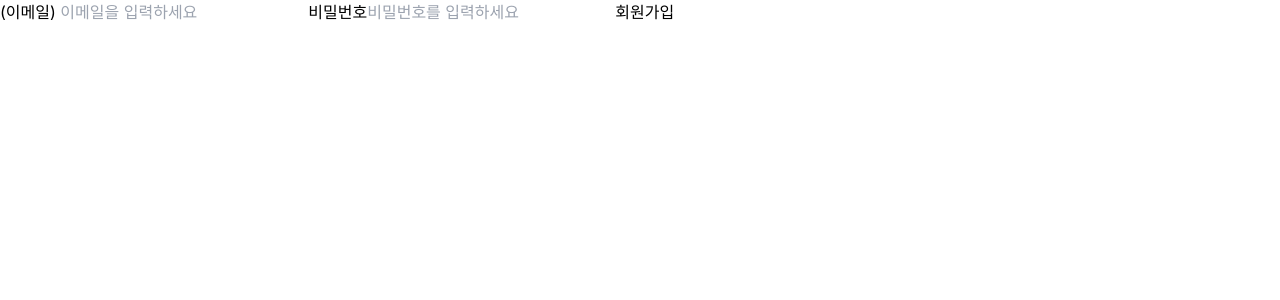
Repository: Hwang-uihyuk/wanted-pre-onboarding-frontend
Page: /signin
The author's editor kept a copy of each file at every save. The page is drawn from the files as they stood at one save, then again after the next save.
The browser window is 1280 px wide. The pictures show the whole page.
The project was rebuilt for these pictures with package versions that can differ from the ones it lists, and the page was loaded fresh each time. Also part of the build but not shown: src/App.css, src/pages/Home.jsx, src/pages/SignUp.jsx, src/pages/NotFound.jsx, src/pages/Todo.jsx.

Above is the page before, as saved 2023-02-07 09:59:02.

### src/index.js
import React from 'react';
import ReactDOM from 'react-dom/client';
import './index.css';
import App from './App';
import reportWebVitals from './reportWebVitals';
import { createBrowserRouter,RouterProvider } from 'react-router-dom';
import Home from './pages/Home';
import SignIn from './pages/SignIn';
import SignUp from './pages/SignUp';
import NotFound from './pages/NotFound';
import Todo from './pages/Todo';



const router = createBrowserRouter([
  {
    path:'/',
    element:<App/>,
    errorElement:<NotFound/>,
    children:[
      {
        index:true,
        path:'/',
        element :<Home/>
      },

      {
        path:'/signup',
        element:<SignUp/>
      },

      {
        path:'/signin',
        element:<SignIn/>
      },

      {
        path:'/todo',
        element:<Todo/>
      },


    ]
  }
])
const root = ReactDOM.createRoot(document.getElementById('root'));
root.render(
  <React.StrictMode>
    <RouterProvider router ={router} />
  </React.StrictMode>
);

// If you want to start measuring performance in your app, pass a function
// to log results (for example: reportWebVitals(console.log))
// or send to an analytics endpoint. Learn more: https://bit.ly/CRA-vitals
reportWebVitals();

### src/App.js
import logo from './logo.svg';
import './App.css';
import SignIn from './pages/SignIn';
import { Outlet } from 'react-router';

function App() {
  return (
    <div>
      <Outlet/>
    </div>

  );
}

export default App;

### src/pages/SignIn.jsx
import React from 'react'

export default function SignIn() {
  return (
    <div className=''>
        <form>
            <label>(이메일) </label>
            <input
             data-testid="email-input"
             placeholder='이메일을 입력하세요' />

             <label>비밀번호</label>
            <input
             data-testid="password-input"
             placeholder='비밀번호를 입력하세요'
             />
            <button data-testid="signup-button">회원가입</button>
        </form>
    </div>
  )
}

Loaded but not shown: public/index.html (common file); src/index.css (common file); src/reportWebVitals.js (common file); tailwind.config.js (common file)

After the next save:
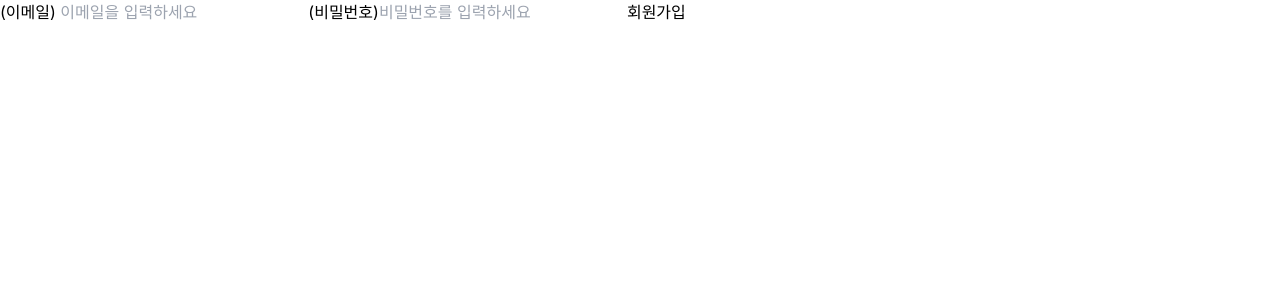
Saved 6 s later.
--- a/src/pages/SignIn.jsx
+++ b/src/pages/SignIn.jsx
@@ -9,7 +9,7 @@ export default function SignIn() {
              data-testid="email-input"
              placeholder='이메일을 입력하세요' />
 
-             <label>비밀번호</label>
+             <label>(비밀번호)</label>
             <input
              data-testid="password-input"
              placeholder='비밀번호를 입력하세요'
